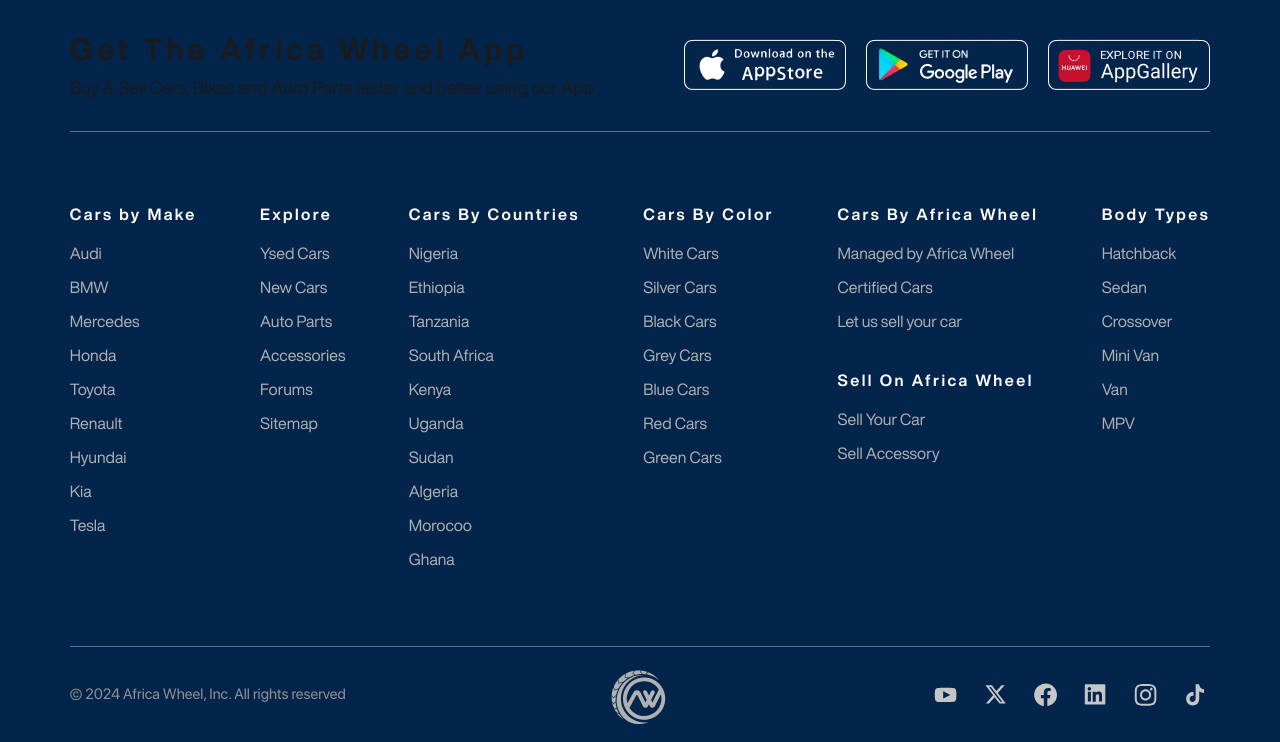
Repository: usmanunitedsol/africa_wheel
Page: pages/index.html
The author's editor kept a copy of each file at every save. The page is drawn from the files as they stood at one save, then again after the next save.
The browser window is 1280 px wide. The pictures show the whole page.
The style sheet was rebuilt from its Sass, Less or Tailwind sources for each picture, by a compiler version that may differ from the author's.

Above is the page before, as saved 2024-08-29 16:08:39.
Console error: TypeError: Cannot read properties of null (reading 'addEventListener')

After the next save:
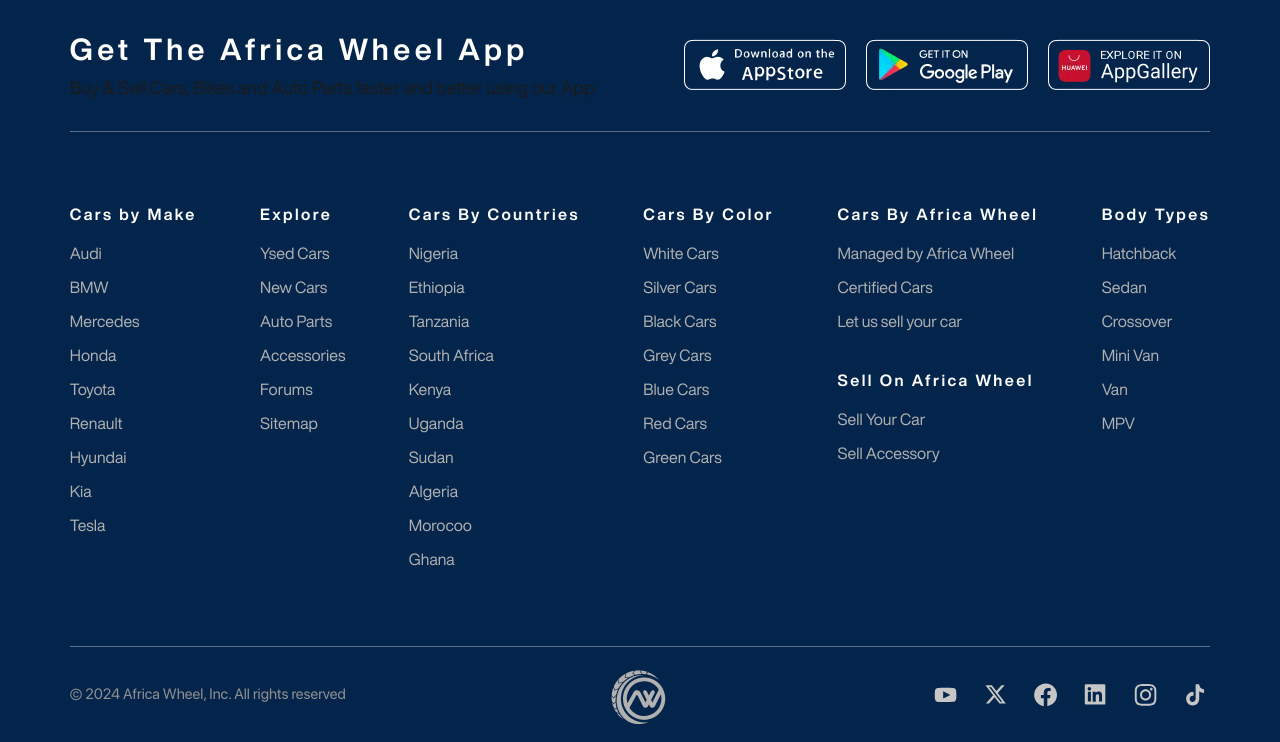
Saved 6 s later.
--- a/assets/style/less/footer.less
+++ b/assets/style/less/footer.less
@@ -118,7 +118,7 @@
         .footer_header{
             width: 100%;
             .title_block{
-                    h2{font-size: 30px; line-height: 38px;font-weight: 600; color: #1B1B1B;padding-bottom: 5px;}
+                    h2{font-size: 30px; line-height: 38px;font-weight: 600;padding-bottom: 5px;}
                     p{font-size: 18px; line-height: 28px; color: #1B1B1B;}
             }
         }
